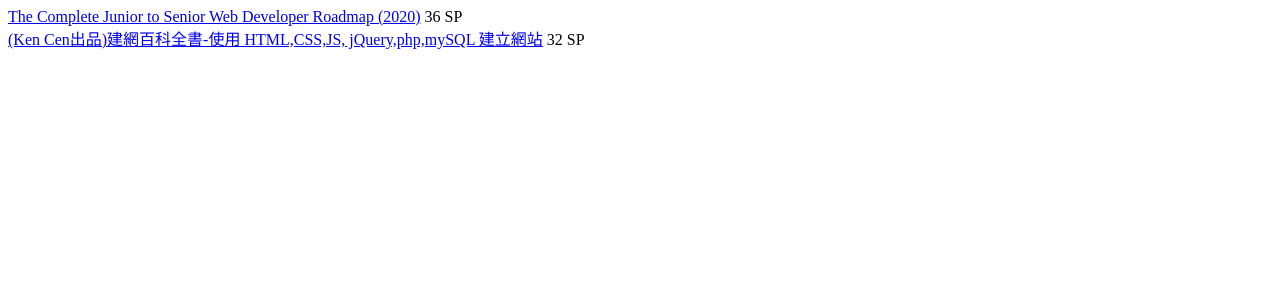
Repository: ClementLight/plan
Page: tmp.html
The author's editor kept a copy of each file at every save. The page is drawn from the files as they stood at one save, then again after the next save.
The browser window is 1280 px wide. The pictures show the whole page.

Above is the page before, as saved 2020-09-01 14:58:17.

### tmp.html

        <div class="lesson lesson-background-filter">
          <a class="lessonname" href="https://www.udemy.com/course/the-complete-junior-to-senior-web-developer-roadmap/learn/lecture/10409076?start=0#overview">The Complete Junior to Senior Web Developer Roadmap (2020)</a>
          <span class="hours">36</span>
          <span class="account">SP</span>
        </div>
        <div class="lesson lesson-background-filter">
          <a class="lessonname" href="https://www.udemy.com/course/ken-cens/learn/lecture/5246918?start=30#overview"> (Ken Cen出品)建網百科全書-使用 HTML,CSS,JS, jQuery,php,mySQL 建立網站</a>
          <span class="hours">32</span>
          <span class="account">SP</span>
        </div>
      </div>
    </section>

  </section>

After the next save:
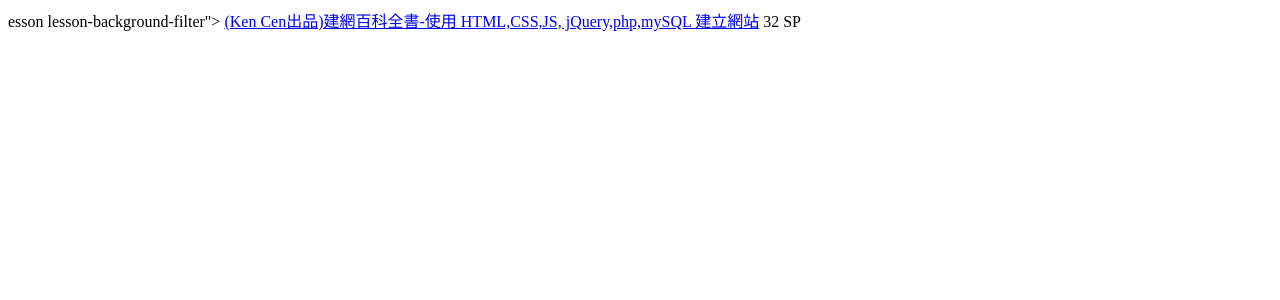
Saved 11 s later.
--- a/tmp.html
+++ b/tmp.html
@@ -1,10 +1,4 @@
-
-        <div class="lesson lesson-background-filter">
-          <a class="lessonname" href="https://www.udemy.com/course/the-complete-junior-to-senior-web-developer-roadmap/learn/lecture/10409076?start=0#overview">The Complete Junior to Senior Web Developer Roadmap (2020)</a>
-          <span class="hours">36</span>
-          <span class="account">SP</span>
-        </div>
-        <div class="lesson lesson-background-filter">
+esson lesson-background-filter">
           <a class="lessonname" href="https://www.udemy.com/course/ken-cens/learn/lecture/5246918?start=30#overview"> (Ken Cen出品)建網百科全書-使用 HTML,CSS,JS, jQuery,php,mySQL 建立網站</a>
           <span class="hours">32</span>
           <span class="account">SP</span>
